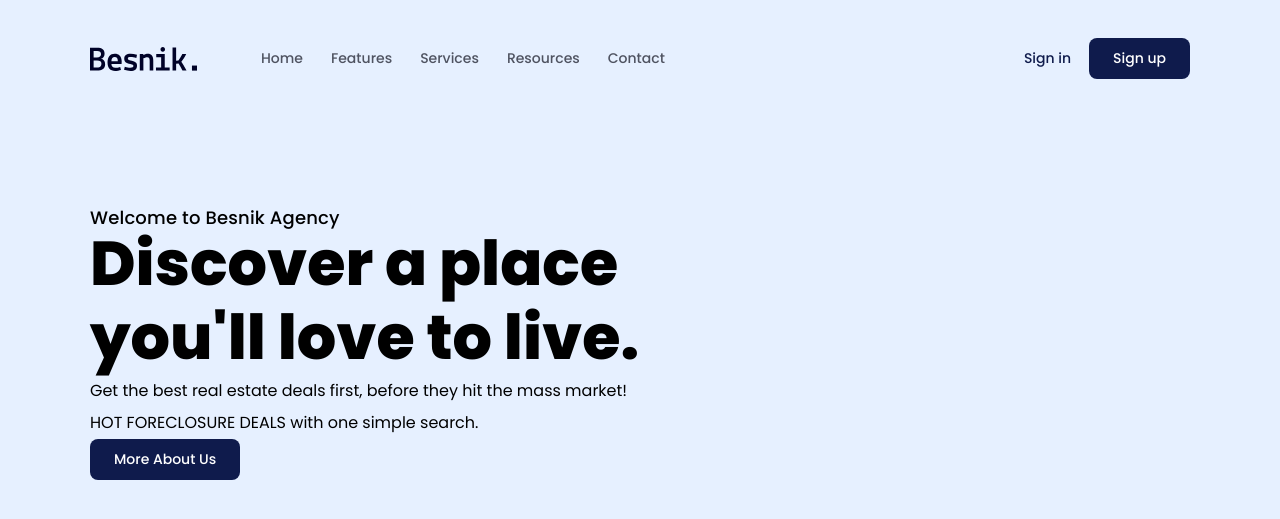
Repository: ducvui2003/f8-project-01
Page: index.html
The author's editor kept a copy of each file at every save. The page is drawn from the files as they stood at one save, then again after the next save.
The browser window is 1280 px wide. The pictures show the whole page.

Above is the page before, as saved 2023-06-16 19:43:51.

### index.html
<!DOCTYPE html>
<html lang="en">

<head>
    <meta charset="UTF-8">
    <meta name="viewport" content="width=device-width, initial-scale=1.0">
    <title>f8-procject-01</title>

    <link rel="stylesheet" href="./asset/css/reset.css">
    <link rel="stylesheet" href="./asset/font/stylesheet.css">
    <link rel="stylesheet" href="./asset/css/styles.css">
</head>

<body>
    <main>
        <!-- Header -->
        <header class="header">
            <div class="content">
                <!--  -->
                <nav class="nav">
                    <!-- Logo -->
                    <img src="./asset/img/logo.svg" alt="">

                    <!-- Navigation -->
                    <ul>
                        <li><a href="">Home</a></li>
                        <li><a href="">Features</a></li>
                        <li><a href="">Services</a></li>
                        <li><a href="">Resources</a></li>
                        <li><a href="">Contact</a></li>
                    </ul>

                    <!-- Action -->
                    <div class="actions">
                        <a href="#!" class="action-link">Sign in</a>
                        <a href="#!" class="btn action-btn">Sign up</a>
                    </div>
                </nav>
                <div class="hero">
                    <div class="info">
                        <p class="sub-title">Welcome to Besnik Agency</p>
                        <h1 class="title">Discover a place
                            you'll love to live.</h1>
                        <p class="desc">Get the best real estate deals first,
                            before they hit the mass market! HOT FORECLOSURE DEALS with one simple
                            search.</p>
                        <a href="#!" class="btn">More About Us</a>
                    </div>
                </div>
            </div>
        </header>

    </main>
</body>

</main>

</html>

### asset/font/stylesheet.css
/* =======Poppins font=========== */
@font-face {
  font-family: "Poppins";
  src: url("Poppins/Poppins-Black.woff2") format("woff2"),
    url("Poppins/Poppins-Black.woff") format("woff");
  font-weight: 900;
  font-style: normal;
  font-display: swap;
}

@font-face {
  font-family: "Poppins";
  src: url("Poppins/Poppins-BlackItalic.woff2") format("woff2"),
    url("Poppins/Poppins-BlackItalic.woff") format("woff");
  font-weight: 900;
  font-style: italic;
  font-display: swap;
}

@font-face {
  font-family: "Poppins";
  src: url("Poppins/Poppins-Bold.woff2") format("woff2"),
    url("Poppins/Poppins-Bold.woff") format("woff");
  font-weight: bold;
  font-style: normal;
  font-display: swap;
}

@font-face {
  font-family: "Poppins";
  src: url("Poppins/Poppins-BoldItalic.woff2") format("woff2"),
    url("Poppins/Poppins-BoldItalic.woff") format("woff");
  font-weight: bold;
  font-style: italic;
  font-display: swap;
}

@font-face {
  font-family: "Poppins";
  src: url("Poppins/Poppins-ExtraBold.woff2") format("woff2"),
    url("Poppins/Poppins-ExtraBold.woff") format("woff");
  font-weight: bold;
  font-style: normal;
  font-display: swap;
}

@font-face {
  font-family: "Poppins";
  src: url("Poppins/Poppins-ExtraBoldItalic.woff2") format("woff2"),
    url("Poppins/Poppins-ExtraBoldItalic.woff") format("woff");
  font-weight: bold;
  font-style: italic;
  font-display: swap;
}

@font-face {
  font-family: "Poppins";
  src: url("Poppins/Poppins-ExtraLight.woff2") format("woff2"),
    url("Poppins/Poppins-ExtraLight.woff") format("woff");
  font-weight: 200;
  font-style: normal;
  font-display: swap;
}

@font-face {
  font-family: "Poppins";
  src: url("Poppins/Poppins-ExtraLightItalic.woff2") format("woff2"),
    url("Poppins/Poppins-ExtraLightItalic.woff") format("woff");
  font-weight: 200;
  font-style: italic;
  font-display: swap;
}

@font-face {
  font-family: "Poppins";
  src: url("Poppins/Poppins-Italic.woff2") format("woff2"),
    url("Poppins/Poppins-Italic.woff") format("woff");
  font-weight: normal;
  font-style: italic;
  font-display: swap;
}

@font-face {
  font-family: "Poppins";
  src: url("Poppins/Poppins-Light.woff2") format("woff2"),
    url("Poppins/Poppins-Light.woff") format("woff");
  font-weight: 300;
  font-style: normal;
  font-display: swap;
}

@font-face {
  font-family: "Poppins";
  src: url("Poppins/Poppins-LightItalic.woff2") format("woff2"),
    url("Poppins/Poppins-LightItalic.woff") format("woff");
  font-weight: 300;
  font-style: italic;
  font-display: swap;
}

@font-face {
  font-family: "Poppins";
  src: url("Poppins/Poppins-Medium.woff2") format("woff2"),
    url("Poppins/Poppins-Medium.woff") format("woff");
  font-weight: 500;
  font-style: normal;
  font-display: swap;
}

@font-face {
  font-family: "Poppins";
  src: url("Poppins/Poppins-MediumItalic.woff2") format("woff2"),
    url("Poppins/Poppins-MediumItalic.woff") format("woff");
  font-weight: 500;
  font-style: italic;
  font-display: swap;
}

@font-face {
  font-family: "Poppins";
  src: url("Poppins/Poppins-SemiBold.woff2") format("woff2"),
    url("Poppins/Poppins-SemiBold.woff") format("woff");
  font-weight: 600;
  font-style: normal;
  font-display: swap;
}

@font-face {
  font-family: "Poppins";
  src: url("Poppins/Poppins-Regular.woff2") format("woff2"),
    url("Poppins/Poppins-Regular.woff") format("woff");
  font-weight: normal;
  font-style: normal;
  font-display: swap;
}

@font-face {
  font-family: "Poppins";
  src: url("Poppins/Poppins-SemiBoldItalic.woff2") format("woff2"),
    url("Poppins/Poppins-SemiBoldItalic.woff") format("woff");
  font-weight: 600;
  font-style: italic;
  font-display: swap;
}

@font-face {
  font-family: "Poppins";
  src: url("Poppins/Poppins-Thin.woff2") format("woff2"),
    url("Poppins/Poppins-Thin.woff") format("woff");
  font-weight: 100;
  font-style: normal;
  font-display: swap;
}

@font-face {
  font-family: "Poppins";
  src: url("Poppins/Poppins-ThinItalic.woff2") format("woff2"),
    url("Poppins/Poppins-ThinItalic.woff") format("woff");
  font-weight: 100;
  font-style: italic;
  font-display: swap;
}

### asset/css/styles.css
* {
  box-sizing: border-box;
}
html {
  font-size: 62.5%;
}
body {
  font-size: 1.6rem;
  font-family: "Poppins";
}
:root {
  --primary-color: #0f1b4c;
}
/* Common */
a {
  text-decoration: none;
}
.content {
  width: 1100px;
  max-width: calc(100% - 48px);
  margin-left: auto;
  margin-right: auto;
}

.btn {
  min-width: 98px;
  background-color: var(--primary-color);
  border-radius: 0.8rem;
  padding: 10px 24px;
  color: white;
  font-style: normal;
  font-weight: 500;
  font-size: 1.4rem;
  line-height: 2.1rem;
  display: inline-block;
}
.btn:hover {
  opacity: 0.9;
}
/* Header */
.header {
  height: 100vh;
  background-color: #e6f0ff;
}

.header .nav {
  display: flex;
  align-items: center;
  padding-top: 38px;
}
.header .nav ul {
  margin-left: 50px;
  margin-right: auto;

  display: flex;
  justify-content: space-between;
}

.header .nav ul a {
  color: #4f5361;
  padding: 8px 14px;
  /* Padding in tag inline block  */
}
.header .nav ul a:hover {
  text-decoration: underline;
}
.header .nav a {
  font-weight: 500;
  font-size: 1.4rem;
  line-height: 2.1rem;
}
.header .nav .actions {
  display: flex;
  justify-content: center;
  align-items: center;
  gap: 1.8rem;
}
.header .nav .action-link {
  color: var(--primary-color);
}
.hero {
  margin-top: 130px;
}
.hero .info {
  width: 51%;
}
.hero .sub-title {
  font-style: normal;
  font-weight: 500;
  font-size: 1.8rem;
}
.hero .sub-title {
  letter-spacing: 0.01em;
}
.hero .title {
  font-style: normal;
  font-weight: 700;
  font-size: 6.2rem;
  line-height: 1.19;
}
.hero .desc {
  line-height: 3.2rem;
}

Loaded but not shown: asset/css/reset.css (common file)

After the next save:
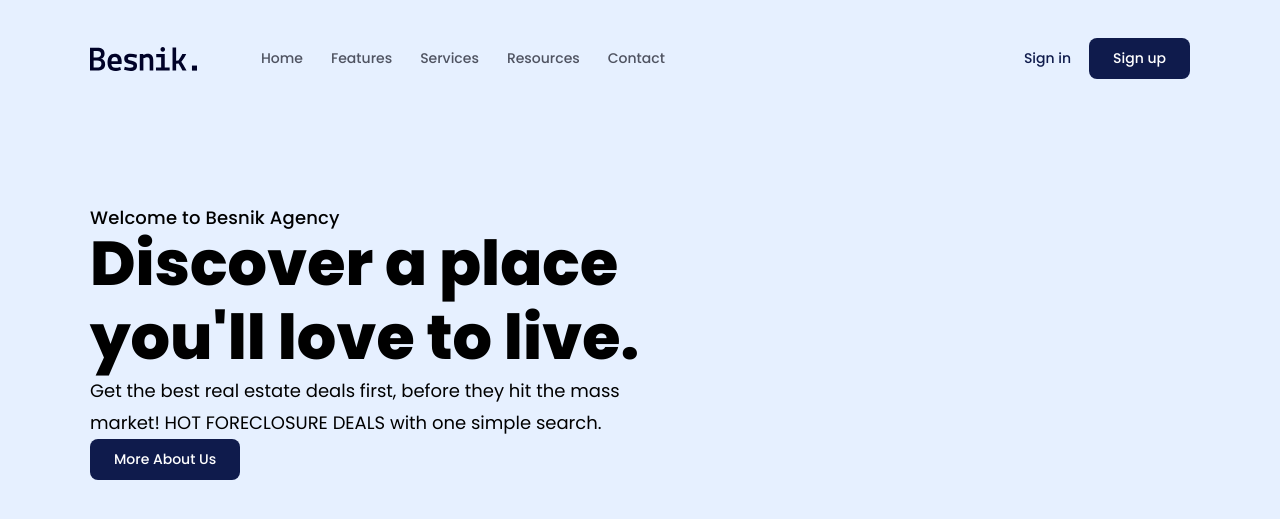
Saved 20 s later.
--- a/asset/css/styles.css
+++ b/asset/css/styles.css
@@ -99,5 +99,8 @@
   line-height: 1.19;
 }
 .hero .desc {
+  font-style: normal;
+  font-weight: 400;
+  font-size: 18px;
   line-height: 3.2rem;
 }
